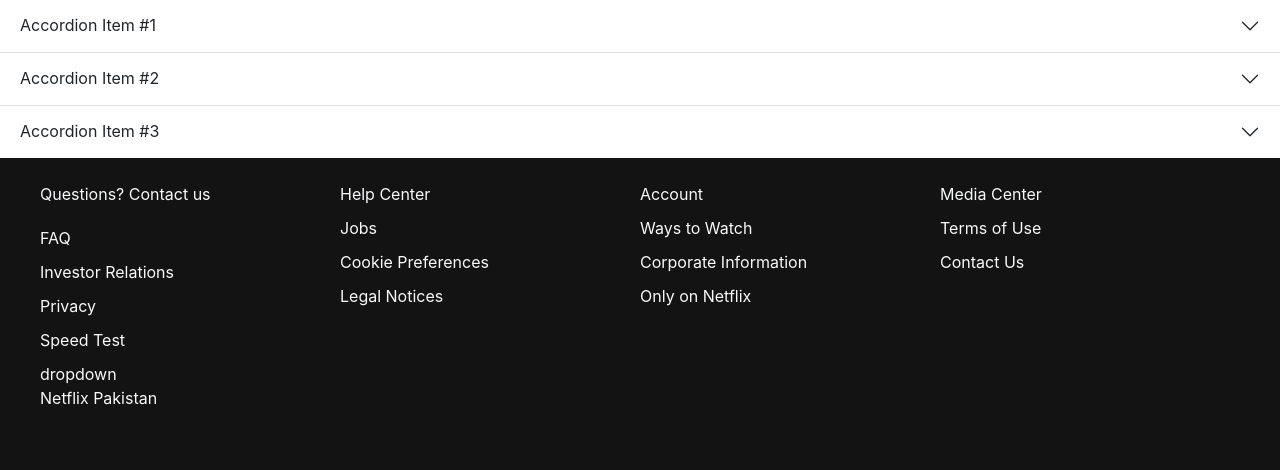
Repository: WajihaGul/Netflix-Clone
Page: /
These files come from the project's save history. The page is drawn as it stood at one moment and after the next save; the edit follows.
The browser window is 1280 px wide. The pictures show the part of the page from y = 621 to 1093 px (the page is 1091 px tall before and 1093 px after).
The project was rebuilt for these pictures with package versions that can differ from the ones it lists, and the page was loaded fresh each time. Also part of the build but not shown: src/App.css, src/Components/FAQs/FAQs.module.css.

Above is the page before, as saved 2024-05-24 14:59:13.

### public/index.html
<!DOCTYPE html>
<html lang="en">
  <head>
    <meta charset="utf-8" />
    <link rel="icon" href="https://encrypted-tbn0.gstatic.com/images?q=tbn:ANd9GcSJd82jZdXs8Uj9CX3mJFuRF27MZB7q_34xAg&s" />
    <meta name="viewport" content="width=device-width, initial-scale=1" />
    <meta name="theme-color" content="#000000" />
    <meta
      name="description"
      content="Web site created using create-react-app"
    />
    <link rel="apple-touch-icon" href="%PUBLIC_URL%/logo192.png" />
    <!--
      manifest.json provides metadata used when your web app is installed on a
      user's mobile device or desktop. See https://developers.google.com/web/fundamentals/web-app-manifest/
    -->
    <link rel="manifest" href="%PUBLIC_URL%/manifest.json" />
    <!--
      Notice the use of %PUBLIC_URL% in the tags above.
      It will be replaced with the URL of the `public` folder during the build.
      Only files inside the `public` folder can be referenced from the HTML.

      Unlike "/favicon.ico" or "favicon.ico", "%PUBLIC_URL%/favicon.ico" will
      work correctly both with client-side routing and a non-root public URL.
      Learn how to configure a non-root public URL by running `npm run build`.
    -->
    <title>Netflix- Watch TV Shows Online, Watch Movies Online</title>
  </head>
  <body>
    <noscript>You need to enable JavaScript to run this app.</noscript>
    <div id="root"></div>
    <!--
      This HTML file is a template.
      If you open it directly in the browser, you will see an empty page.

      You can add webfonts, meta tags, or analytics to this file.
      The build step will place the bundled scripts into the <body> tag.

      To begin the development, run `npm start` or `yarn start`.
      To create a production bundle, use `npm run build` or `yarn build`.
    -->
  </body>
</html>

### src/index.js
import "bootstrap/dist/css/bootstrap.min.css";
import React from "react";
import ReactDOM from "react-dom/client";
import "./index.css";
import App from "./App";
import reportWebVitals from "./reportWebVitals";

const root = ReactDOM.createRoot(document.getElementById("root"));
root.render(
  <React.StrictMode>
    <App />
  </React.StrictMode>
);

// If you want to start measuring performance in your app, pass a function
// to log results (for example: reportWebVitals(console.log))
// or send to an analytics endpoint. Learn more: https://bit.ly/CRA-vitals
reportWebVitals();

### src/App.js
import "./App.css";
import Footer from "./Components/Footer/Footer";
import FAQs from "./Components/FAQs/FAQs";
import SignupHere from "./Components/SignupHere/SignupHere";

function App() {
  return (
    <>
      <SignupHere />
      <FAQs />
      <Footer />
    </>
  );
}

export default App;

### src/Components/Footer/Footer.jsx
import React from "react";
import styles from "./Footer.module.css";
const Footer = () => {
  return (
    <>
      <footer className={`bg-dark text-light py-4 ${styles.mainclass}`}>
        <div className={styles.container}>
          <div className="row">
            <div className={styles.FooterHere}>
              <div className="col-lg-12">
                <p>Questions? Contact us </p>
                <ul>
                  <li>FAQ</li>
                  <li>Investor Relations</li>
                  <li>Privacy</li>
                  <li>Speed Test</li>
                  dropdown
                  <li>Netflix Pakistan</li>
                </ul>
              </div>

              <div className="col-lg-12">
                <ul>
                  <li>Help Center</li>
                  <li>Jobs</li>
                  <li>Cookie Preferences</li>
                  <li>Legal Notices</li>
                </ul>
              </div>

              <div className="col-lg-12 ">
                <ul>
                  <li>Account</li>
                  <li>Ways to Watch</li>
                  <li>Corporate Information</li>
                  <li>Only on Netflix</li>
                </ul>
              </div>

              <div className="col-lg-12 ">
                <ul>
                  <li>Media Center</li>
                  <li>Terms of Use</li>
                  <li>Contact Us</li>
                </ul>
              </div>
            </div>
          </div>
        </div>
      </footer>
    </>
  );
};

export default Footer;

### src/Components/FAQs/FAQs.jsx
import styles from "./FAQs.module.css";
const FAQs = () => {
  return (
    <>
      <div class="accordion accordion-flush" id="accordionFlushExample">
        <div class="accordion-item">
          <h2 class="accordion-header">
            <button
              class="accordion-button collapsed"
              type="button"
              data-bs-toggle="collapse"
              data-bs-target="#flush-collapseOne"
              aria-expanded="false"
              aria-controls="flush-collapseOne"
            >
              Accordion Item #1
            </button>
          </h2>
          <div
            id="flush-collapseOne"
            class="accordion-collapse collapse"
            data-bs-parent="#accordionFlushExample"
          >
            <div class="accordion-body">
              Placeholder content for this accordion, which is intended to
              demonstrate the <code>.accordion-flush</code> class. This is the
              first item's accordion body.
            </div>
          </div>
        </div>
        <div class="accordion-item">
          <h2 class="accordion-header">
            <button
              class="accordion-button collapsed"
              type="button"
              data-bs-toggle="collapse"
              data-bs-target="#flush-collapseTwo"
              aria-expanded="false"
              aria-controls="flush-collapseTwo"
            >
              Accordion Item #2
            </button>
          </h2>
          <div
            id="flush-collapseTwo"
            class="accordion-collapse collapse"
            data-bs-parent="#accordionFlushExample"
          >
            <div class="accordion-body">
              Placeholder content for this accordion, which is intended to
              demonstrate the <code>.accordion-flush</code> class. This is the
              second item's accordion body. Let's imagine this being filled with
              some actual content.
            </div>
          </div>
        </div>
        <div class="accordion-item">
          <h2 class="accordion-header">
            <button
              class="accordion-button collapsed"
              type="button"
              data-bs-toggle="collapse"
              data-bs-target="#flush-collapseThree"
              aria-expanded="false"
              aria-controls="flush-collapseThree"
            >
              Accordion Item #3
            </button>
          </h2>
          <div
            id="flush-collapseThree"
            class="accordion-collapse collapse"
            data-bs-parent="#accordionFlushExample"
          >
            <div class="accordion-body">
              Placeholder content for this accordion, which is intended to
              demonstrate the <code>.accordion-flush</code> class. This is the
              third item's accordion body. Nothing more exciting happening here
              in terms of content, but just filling up the space to make it
              look, at least at first glance, a bit more representative of how
              this would look in a real-world application.
            </div>
          </div>
        </div>
      </div>
    </>
  );
};
export default FAQs;

### src/Components/SignupHere/SignupHere.jsx
import styles from "./SignupHere.module.css";

const SignupHere = () => {
  return (
    <>
      <div className={styles.imgContainer}>
        <div className={`expand-lg bg-body-tertiary ${styles.navcontainer} `}>
          <h1>NETFLIX</h1>
          className={`expand-lg bg-body-tertiary ${styles.navcontainer} `}
          <div className="container-fluid">
            <a className={styles.brand} href="#">
              <span className={styles.navstyle}>NETFLIX</span>
            </a>

            <button className={styles.navbtn} type="submit">
              Sign in
            </button>
          </div>
          <div className={styles.SignupTextDiv}>
            <h1 className={styles.SignupText}>
              Unlimited movies, TV shows, and more
            </h1>
            <p className={styles.SignupText}>Watch anywhere. Cancel anytime.</p>
            <p className={styles.SignupText}>
              Ready to watch? Enter your email to create or restart your
              membership
            </p>
            <div>
              <input
                className={styles.SignupForm}
                type="email"
                id="email"
                name="email"
                placeholder="Enter your email"
                required
              />
              <button className={styles.SignUpBtn}>Get Started</button>
            </div>
          </div>
        </div>
      </div>
    </>
  );
};

export default SignupHere;

### src/Components/Footer/Footer.module.css
.mainclass{
    background-color: #141313 !important;
}
.container {
    max-width: 1200px;
    margin: 0 auto;

  }

  .FooterHere {
    display: flex;
    flex-wrap: wrap;
    justify-content: space-between;
  }

  .FooterHere > div {
    flex: 1;
    min-width: 200px;
    margin-bottom: 20px;
  }

  ul {
    list-style: none;
    padding: 0;
  }

  ul li {
    margin-bottom: 10px;
    cursor: pointer;
  }

  ul li:hover {
    text-decoration: underline;
  }

  footer p {
    margin-bottom: 20px;
  }

  @media (max-width: 768px) {
    .FooterHere {
      flex-direction: column;
      align-items: flex-start;
    }

    .FooterHere > div {
      min-width: 100%;
    }
  }

### src/Components/SignupHere/SignupHere.module.css
.imgContainer{
    margin-top: -79px;
    height: 700px;
    width: 100%;
    background-image: url(https://assets.nflxext.com/ffe/siteui/vlv3/a99688ca-33c3-4099-9baa-07a2e2acb398/0279102c-4f3f-4ed2-a283-cce57434d595/PK-en-20240520-popsignuptwoweeks-perspective_alpha_website_large.jpg);
}


.navbtn {
    background: #e61c1c;
    color: white;
    /* padding: 4px 17px; */
    border-radius: 7px;
    border: none;
    font-size: medium;
    font-family: emoji;
    margin-left: 343px;
    margin-right: 343px;
    padding-top: 4px;
    padding-bottom: 4px;
    height: 32px;
    width: 71px;
    margin-top: 2px;
    margin-bottom: 2px;
}

.navstyle{
    color: red;
    font-size: xx-large;
    font-family: emoji;
    padding-left: 343px;
    padding-right: 343px;
    padding-top: 10px;
    padding-bottom: 10px;
}

.navcontainer{
    background-color: transparent !important;
}
.SignupText{
    color: white;
    align-items: center;
    justify-content: center;
    display: flex;
    flex-direction: column;
}
.SignupTextDiv{
    color: white;
    align-items: center;
    justify-content: center;
    display: flex;
    flex-direction: column;
    margin-top: 170px;
}
.SignupForm{
    width: 284px;
    height: 42px;
    background: #e2dfdf;
}
.SignUpBtn{
    background: red;
    color: white;
    height: 40px;
    width: 143px;
    margin: 4px;
    /* border-radius: 7px; */
    border: none;
    font-size: larger;
}

Loaded but not shown: src/index.css (common file); src/reportWebVitals.js (common file)

After the next save:
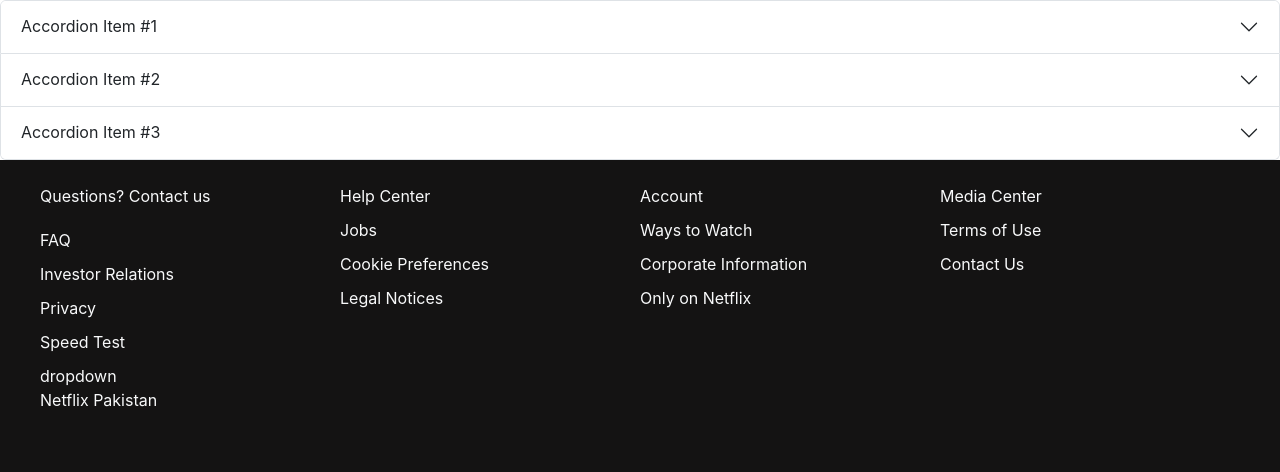
Saved 68 s later.
--- a/src/Components/FAQs/FAQs.jsx
+++ b/src/Components/FAQs/FAQs.jsx
@@ -2,11 +2,13 @@
 const FAQs = () => {
   return (
     <>
-      <div class="accordion accordion-flush" id="accordionFlushExample">
-        <div class="accordion-item">
-          <h2 class="accordion-header">
+      <div
+        className={`accordion accordion-flush" id="accordionFlushExample ${styles.container}`}
+      >
+        <div className="accordion-item">
+          <h2 className="accordion-header">
             <button
-              class="accordion-button collapsed"
+              className="accordion-button collapsed"
               type="button"
               data-bs-toggle="collapse"
               data-bs-target="#flush-collapseOne"
@@ -18,20 +20,20 @@
           </h2>
           <div
             id="flush-collapseOne"
-            class="accordion-collapse collapse"
+            className="accordion-collapse collapse"
             data-bs-parent="#accordionFlushExample"
           >
-            <div class="accordion-body">
+            <div className="accordion-body">
               Placeholder content for this accordion, which is intended to
               demonstrate the <code>.accordion-flush</code> class. This is the
               first item's accordion body.
             </div>
           </div>
         </div>
-        <div class="accordion-item">
-          <h2 class="accordion-header">
+        <div className="accordion-item">
+          <h2 className="accordion-header">
             <button
-              class="accordion-button collapsed"
+              className="accordion-button collapsed"
               type="button"
               data-bs-toggle="collapse"
               data-bs-target="#flush-collapseTwo"
@@ -43,10 +45,10 @@
           </h2>
           <div
             id="flush-collapseTwo"
-            class="accordion-collapse collapse"
+            className="accordion-collapse collapse"
             data-bs-parent="#accordionFlushExample"
           >
-            <div class="accordion-body">
+            <div className="accordion-body">
               Placeholder content for this accordion, which is intended to
               demonstrate the <code>.accordion-flush</code> class. This is the
               second item's accordion body. Let's imagine this being filled with
@@ -54,10 +56,10 @@
             </div>
           </div>
         </div>
-        <div class="accordion-item">
-          <h2 class="accordion-header">
+        <div className="accordion-item">
+          <h2 className="accordion-header">
             <button
-              class="accordion-button collapsed"
+              className="accordion-button collapsed"
               type="button"
               data-bs-toggle="collapse"
               data-bs-target="#flush-collapseThree"
@@ -69,10 +71,10 @@
           </h2>
           <div
             id="flush-collapseThree"
-            class="accordion-collapse collapse"
+            className="accordion-collapse collapse"
             data-bs-parent="#accordionFlushExample"
           >
-            <div class="accordion-body">
+            <div className="accordion-body">
               Placeholder content for this accordion, which is intended to
               demonstrate the <code>.accordion-flush</code> class. This is the
               third item's accordion body. Nothing more exciting happening here
